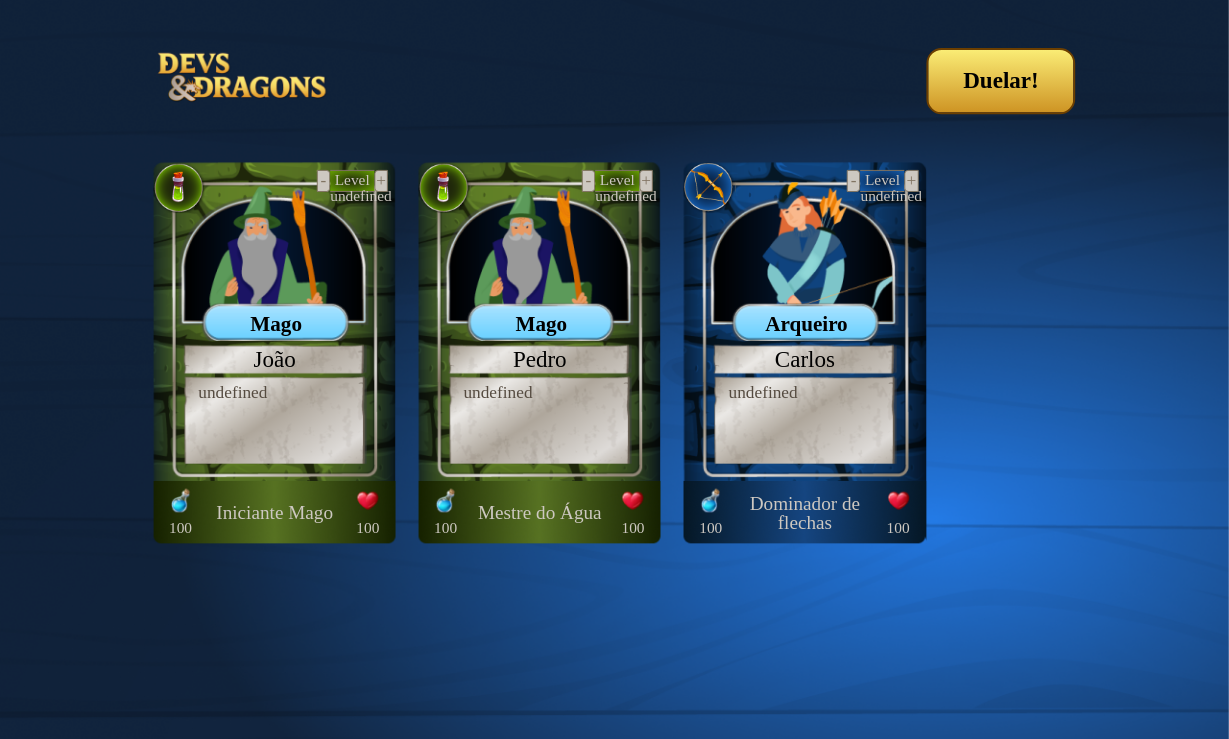
Repository: joaoPraiaJunior/js-classes-herencas-poo
Page: index.html
The author's editor kept a copy of each file at every save. The page is drawn from the files as they stood at one save, then again after the next save.
The browser window is 1280 px wide. The pictures show the whole page, at 96% of full size.
Some web fonts or font styles are not loaded; a fallback is used.

Above is the page before, as saved 2024-09-09 18:34:10.
Console error: TypeError: Cannot read properties of undefined (reading 'obterInsignia')

### index.html
<!DOCTYPE html>
<html lang="pt-BR" dir="ltr">

<head>
    <meta charset="UTF-8">
    <meta http-equiv="X-UA-Compatible" content="IE=edge">
    <meta name="viewport" content="width=device-width, initial-scale=1.0">
    <title>Cartas Personagens</title>
    <link rel="stylesheet" href="./src/assets/css/reset.css">
    <link rel="stylesheet" href="./src/assets/css/style.css">
    <link rel="stylesheet" href="./src/assets/css/modal.css">
    <link rel="icon" type="image/x-icon" href="./src/assets/img/favicon.png">
    <link href="https://fonts.googleapis.com/css2?family=Smythe&family=UnifrakturMaguntia&display=swap"
        rel="stylesheet">
    <link href="https://maxcdn.bootstrapcdn.com/font-awesome/4.7.0/css/font-awesome.min.css" rel="stylesheet">
</head>

<body>
    <header>
        <h1 class="titulo"><img src="./src/assets/img/logo.png" alt="logo Devs&Dragons"></h1>
        <button class="botao-duelar">Duelar!</button>
    </header>

    <ul id="personagens" class="personagens"></ul>

    <div class="fundo-modal" id="fundo-modal"></div>
    <div class="modal" id="modal">
        <img src="./src/assets/img/trofeu.png" alt="">
        <span class="mensagem"></span>
        <button class="modal-fechar-botao" id="fechar-botao"><i class="fa fa-times"></i></button>
    </div>

    <script type="module" src="./src/index.js"></script>
</body>

</html>

### src/assets/css/style.css
:root {
    --fonte-titulo-cartas: 'UnifrakturMaguntia', cursive;
    --fonte-textos: 'Smythe', cursive;
}

/*Genéricos*/

body {
    font-family: var(--fonte-textos);
    background-image: url(../img/fundo-madeira.png);
    height: 100vh;
}

header,
.personagens {
    width: 75%;
    margin: auto;
}

header {
    display: flex;
    justify-content: space-between;
    margin-top: 50px;
    margin-bottom: 50px;
    max-width: 1357px;
}

.titulo {
    color: white;
    font-size: 48px;
}

.botao-duelar {
    background: linear-gradient(180deg, #FAEC75 0%, #CE9424 100%);
    border: 2px solid #6C3F00;
    border-radius: 16px;
    font-family: var(--fonte-titulo-cartas);
    font-weight: 700;
    font-size: 24px;
    line-height: 31px;
    padding: 8px 36px;
}

.personagens {
    display: flex;
    flex-wrap: wrap;
    gap: 1.5rem;
    max-width: 1357px;
}

.personagem {
    width: 252.18px;
    cursor: pointer;
    transition: all 0.3s;
}

.personagem.selecionado {
    transform: translateY(-1.25rem);
}

.container-superior {
    height: 332px;
    position: relative;
}

.cabecalho {
    display: flex;
    justify-content: space-between;
    margin-bottom: 137px;
}

.combate {
    height: 53.33px;
    width: 53.33px;
    background-size: contain;
}

.level {
    height: 22.86px;
    display: flex;
    width: 74.66px;
    align-items: center;
    margin-top: 8px;
    margin-right: 8px;
    position: relative;
    z-index: 99;
}

.aumentar-level,
.diminuir-level {
    font-family: var(--fonte-textos);
    color: #817462;
    font-size: 18px;
    background-color: #CDC8C1;
    width: 14.86px
}

.aumentar-level {
    border: 1px solid #817462;
    border-radius: 4px 0 0 4px;
}

.diminuir-level {
    border: 1px solid #817462;
    border-radius: 0 4px 4px 0;
}

.level-texto {
    width: 45.71px;
    border-bottom: 1px solid #817462;
    border-top: 1px solid #817462;
    color: #CDC8C1;
    text-align: center;
    height: 22.86px;
    padding-top: 2px;
}

.container-imagem {
    height: 160px;
    height: 166px;
    width: 79%;
    position: absolute;
    top: 21px;
    left: 25px;
}

.imagem {
    height: 148.56px;
}

.container-tipo {
    background-image: url(../img/tarja-azul.png);
    background-repeat: no-repeat;
    height: 40px;
    width: 78%;
    position: absolute;
    top: 125px;
    left: 25px;
}

.tipo {
    font-family: var(--fonte-titulo-cartas);
    text-align: center;
    padding: 12px 0;
    font-weight: 700;
    font-size: 22px;
}

.container-nome {
    background-image: url(../img/fundo-nome.png);
    background-repeat: no-repeat;
    height: 31.63px;
    width: 191px;
    margin: auto;

}

.nome {
    font-size: 24px;
    line-height: 30px;
    text-align: center;

}

.container-descricao {
    background-image: url(../img/fundo-descricao.png);
    background-repeat: no-repeat;
    height: 92px;
    width: 191px;
    margin: auto;
}

.descricao {
    font-size: 18px;
    line-height: 21px;
    color: #554B40;
    padding: 8px 16px;
}

.container-inferior {
    height: 65px;
    gap: 8px;
    display: grid;
    padding: 8px 16px;
    grid-template-columns: auto 1fr auto;
    grid-template-areas:
        "mana insignia vida"
        "valor-mana insignia valor-vida";
}

.mana,
.vida,
.insignia {
    color: #CDC8C1;
}

.mana {
    grid-area: valor-mana;
}

.vida {
    grid-area: valor-vida;
}

.icone-vida {
    grid-area: vida;
}

.icone-mana {
    grid-area: mana;
}

.insignia {
    grid-area: insignia;
    justify-self: center;
    align-self: center;
    font-size: 20px;
    text-align: center;

}

/*Mago*/

.Mago .container-superior {
    background-image: url(../img/fundo-carta-verde.png);
}

.Mago .container-inferior {
    background-image: url(../img/retangulo-verde.png);
}

.Mago .combate {
    background-image: url(../img/combate-mago.png);
}

.Mago .level-texto {
    background: radial-gradient(#1F270A, #66A002);
}

.Mago .imagem {
    background-image: url(../img/mago.png);
    background-repeat: no-repeat;
}

/*Arqueiro*/

.Arqueiro .container-superior {
    background-image: url(../img/fundo-carta-azul.png);
}

.Arqueiro .container-inferior {
    background-image: url(../img/retangulo-azul.png);
}

.Arqueiro .combate {
    background-image: url(../img/combate-arqueiro.png);
}

.Arqueiro .level-texto {
    background: radial-gradient(#072041, #145BAB);
}

.Arqueiro .imagem {
    background-image: url(../img/arqueiro.png);
    background-repeat: no-repeat;
}

/*Guerreiro*/

.Guerreiro .container-superior {
    background-image: url(../img/fundo-carta-vermelha.png);
}

.Guerreiro .container-inferior {
    background-image: url(../img/retangulo-vermelho.png);
}

.Guerreiro .combate {
    background-image: url(../img/combate-guerreiro.png);
}

.Guerreiro .level-texto {
    background: radial-gradient(#56272D, #C1272D);
}

.Guerreiro .imagem {
    background-image: url(../img/guerreiro.png);
    background-repeat: no-repeat;
}

/*ArqueiroMago*/

.ArqueiroMago .container-superior {
    background-image: url(../img/fundo-carta-roxa.png);
}

.ArqueiroMago .container-inferior {
    background-image: url(../img/retangulo-roxo.png);
}

.ArqueiroMago .combate {
    background-image: url(../img/combate-arqueiro-Mago.png);
}

.ArqueiroMago .level-texto {
    background: radial-gradient(#3D003F, #93278F);
}

.ArqueiroMago .imagem {
    background-image: url(../img/arqueiro-mago.png);
    background-repeat: no-repeat;
}

### src/assets/css/modal.css
.modal {
    pointer-events: none;
    opacity: 0;
    transition: opacity 0.3s;
    position: absolute;
    top: 40%;
    left: 0;
    right: 0;
    width: 336px;
    height: 120px;
    margin: 0 auto;
    padding: 30px;
    background: #fff;
    border-radius: 4px;
    box-shadow: 0 3px 10px rgba(0, 0, 0, 0.3);
    background: linear-gradient(180deg, #FAEC75 0%, #CE9424 100%);
    border: 2px solid #6C3F00;
    z-index: 100;
    display: flex;
    align-items: center;
}

.modal-fechar-botao {
    position: absolute;
    right: 10px;
    top: 10px;
    font-size: 20px;
}

.fundo-modal {
    pointer-events: none;
    opacity: 0;
    transition: opacity 0.3s;
    position: fixed;
    top: 0;
    left: 0;
    right: 0;
    bottom: 0;
    width: 100%;
    height: 100%;
    background-color: rgba(0, 0, 0, 0.5);
    z-index: 99;
}

.visivel {
    opacity: 1;
    pointer-events: auto;
}

.mensagem {
    font-size: 24px;
    line-height: 28px;
    color: #6C3F00;
    margin-left: 24px;
}

### src/index.js
import { PersonagemView } from './components/personagem-view.js';
import { Arqueiro } from './modules/Arqueiro.js';
import { Mago } from './modules/Mago.js';
import { ArqueiroMago } from './modules/arqueiro-mago.js';


const magoJoao = new Mago('João', 3, 'Fogo', 7, 2);
const magoJulia = new Mago('Pedro', 10, 'Água', 5, 7);
const arqueiroCarlos = new Arqueiro('Carlos', 5, 7);
const arqueiroMagoLucas = new ArqueiroMago('Lucas', 5, 7, 'Ar', 7, 2);

const personagens = [magoJoao, magoJulia, arqueiroCarlos, arqueiroMagoLucas];
const personagemView = new PersonagemView(personagens);
personagemView.render();

### src/components/personagem-view.js
export class PersonagemView {

    personagens

    constructor(personagens) {
        this.personagens = personagens
        this.ulPersonagens = document.querySelector('ul#personagens')
    }

    render() {
        this.ulPersonagens.innerHTML = ''
        this.personagens.forEach(personagem => {
            const personagemLI = this.criaPersonagem(personagem)
            this.ulPersonagens.appendChild(personagemLI)
        })
    }

    criaPersonagem = (personagem) => {
        const personagemLI = document.createElement('li')
        personagemLI.classList.add('personagem', personagem.tipo)

        //const estaSelecionado = this.personagensSelecionados.indexOf(personagem) !== -1 //sintaxe para quando encontra no array

        //if (estaSelecionado) personagemLI.classList.add('selecionado')

        personagemLI.innerHTML =

        `
        <div class="container-superior">
            <div class="cabecalho">
                <div class="combate"></div>
                <div class="level">
                    <button class="diminuir-level">-</button>
                    <p class="level-texto">Level ${personagem.level}</p>
                    <button class="aumentar-level">+</button>
                </div>
            </div>
            <div class="container-imagem">
                <div class="imagem"></div>
                <div class="container-tipo">
                    <h2 class="tipo">${personagem.tipo}</h2>
                </div>
            </div>
            <div class="container-nome">
                <h3 class="nome">${personagem.nome}</h3>
            </div>
            <div class="container-descricao">
                <p class="descricao">${personagem.descricao}</p>
            </div>
        </div>
        <div class="container-inferior">
            <img src="./src/assets/img/icone-mana.png" class="icone-mana">
            <p class="insignia">${personagem.obterInsignia()}</p>
            <img src="./src/assets/img/icone-vida.png" class="icone-vida">
            <h4 class="mana">${personagem.mana}</h4>
            <h4 class="vida">${personagem.vida}</h4>
        </div>
        `

        /*const containerLevel = personagemLI.querySelector('.level')
        containerLevel.onclick = (evt) => {
            evt.stopPropagation()

            if (evt.target.classList.contains('diminuir-level')) personagem.diminuirLevel()

            if (evt.target.classList.contains('aumentar-level')) personagem.aumentarLevel()

            this.render()
        }*/


        /*personagemLI.onclick = () => {
            const jaTem2Selecionados = this.personagensSelecionados.length === 2
            if (!jaTem2Selecionados || estaSelecionado) {
                personagemLI.classList.toggle('selecionado')

                if (!estaSelecionado) return this.adicionaSelecao(personagem)

                this.removeSelecao(personagem)
            }
        }*/

        return personagemLI
    }


    /*adicionaSelecao = (personagem) => {
        this.personagensSelecionados.push(personagem)
        this.render()
    }


    removeSelecao = (personagem) => {
        const indexDoPersonagemNoArray = this.personagensSelecionados.indexOf(personagem)
        this.personagensSelecionados.splice(indexDoPersonagemNoArray, 1)
        this.render()
    }

    escutarEventoDuelo() {
        const botaoDuelar = document.querySelector('.botao-duelar')

        botaoDuelar.addEventListener('click', () => {
            if (this.personagensSelecionados.length < 2) return mostrarModal('Selecione 2 personagens')

            const resultadoDuelo = Personagem.verificarVencedor(this.personagensSelecionados[0], this.personagensSelecionados[1])

            mostrarModal(resultadoDuelo)

            this.personagensSelecionados.splice(0, this.personagensSelecionados.length)

            this.render()
        })
    }*/
}

### src/modules/Arqueiro.js
import { Personagem } from './Personagem.js';

export class Arqueiro extends Personagem {
    tipo = 'Arqueiro'
    destreza

    constructor(nome, level, destreza) {
        super(nome, level)
        this.destreza = destreza
    }

    obterInsignia() {
        if(this.destreza >= 5) {
            return `Dominador de flechas`
        }
        return super.obterInsignia()
    }
}

### src/modules/Mago.js
import { Personagem } from './Personagem.js'

export class Mago  extends Personagem {

    elementoMagico
    levelMagico
    inteligencia
    tipo = 'Mago'

    constructor(nome, level, elementoMagico, levelMagico, inteligencia) {
        super(nome, level)
        this.elementoMagico = elementoMagico
        this.levelMagico = levelMagico
        this.inteligencia = inteligencia
    }

    obterInsignia() {
        if(this.levelMagico >= 5 && this.inteligencia >= 5) {
            return `Mestre do ${this.elementoMagico}`
        }
        return super.obterInsignia()
    }
}

### src/modules/arqueiro-mago.js
import { Arqueiro } from "./Arqueiro.js";
import { Mago } from "./Mago.js";
import { Personagem } from "./Personagem.js";


export  class ArqueiroMago extends Personagem {
    tipo = 'ArqueiroMago'
    ladoMago
    ladoArqueiro

    constructor(nome, level, destreza, elementoMagico, levelMagico, inteligencia) {
        super(nome, level)
        this.ladoMago = new Mago(nome, level, elementoMagico, levelMagico, inteligencia)
        this.ladoArquirero = new Arqueiro(nome, level, destreza)
    }

    obterInsignia() {
        return `${this.ladoMago.obterInsignia()} e ${this.ladoArqueiro.obterInsignia()}`
    }
}

### src/modules/Personagem.js
export class Personagem {
    nome
    vida
    mana
    level
    descricao

    constructor(nome, vida, mana, level, tipo, descricao) {
        this.nome = nome;
        this.vida = 100;
        this.mana = 100;
        this.level = level;
        this.descricao = descricao;
    }

    obterInsignia() {
        if(this.level >= 5) {
            return `Implacável ${this.tipo} `
        }

        return `Iniciante ${this.tipo}`
    }
}

Loaded but not shown: src/assets/css/reset.css (common file)

After the next save:
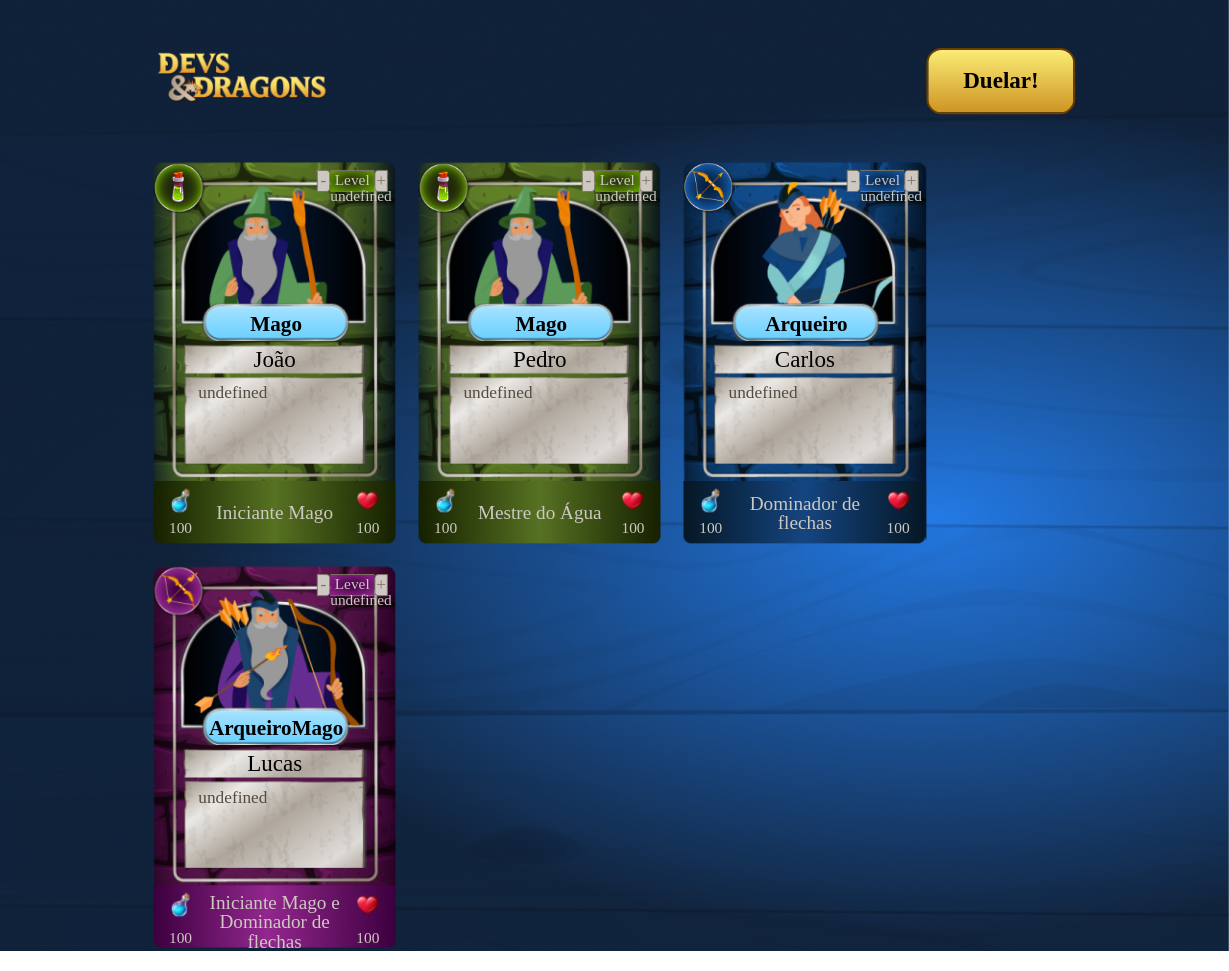
The error is gone.
Saved 73 s later.
--- a/src/modules/arqueiro-mago.js
+++ b/src/modules/arqueiro-mago.js
@@ -11,7 +11,7 @@
     constructor(nome, level, destreza, elementoMagico, levelMagico, inteligencia) {
         super(nome, level)
         this.ladoMago = new Mago(nome, level, elementoMagico, levelMagico, inteligencia)
-        this.ladoArquirero = new Arqueiro(nome, level, destreza)
+        this.ladoArqueiro = new Arqueiro(nome, level, destreza)
     }
 
     obterInsignia() {
